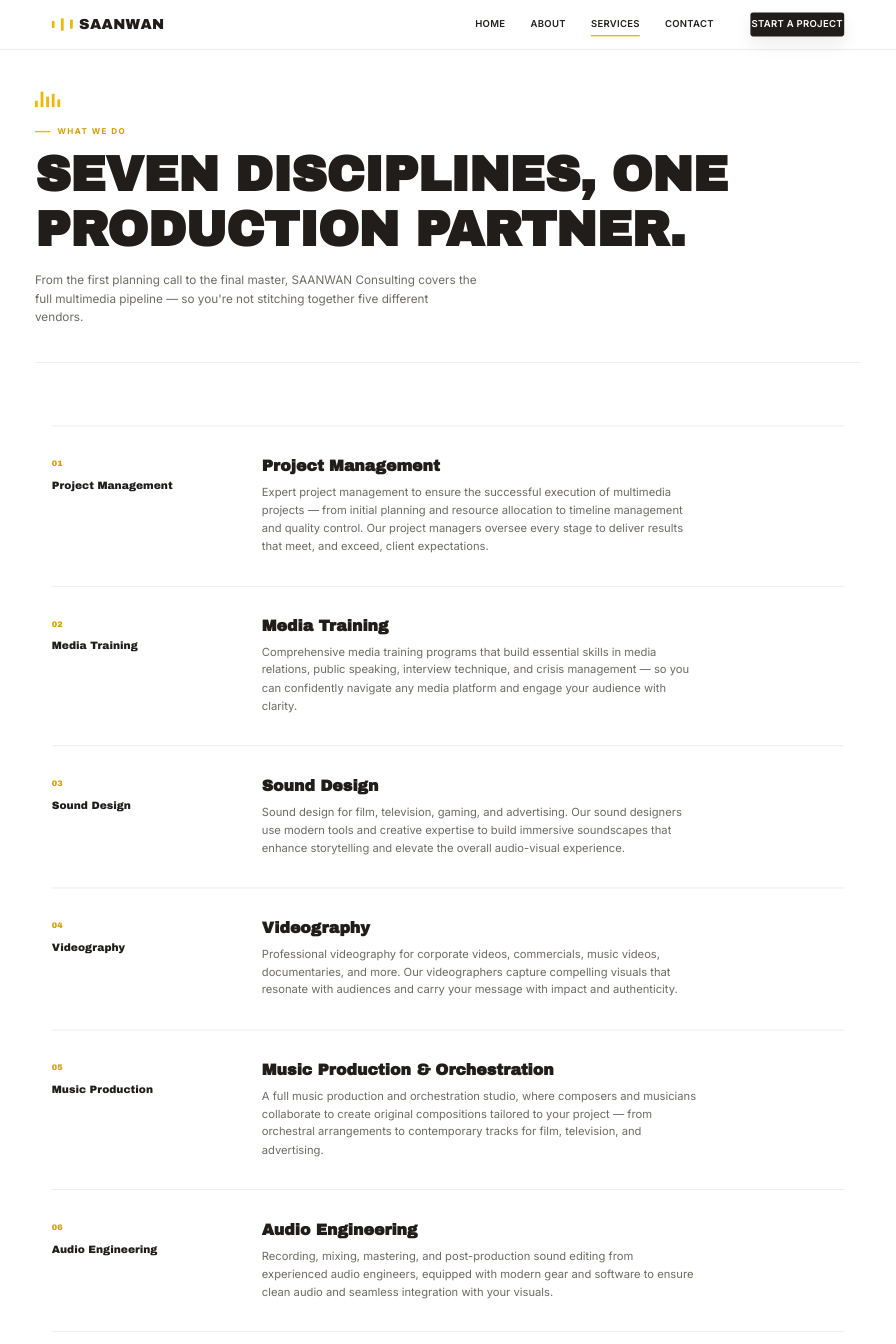
Repository: joshuaonazi/saanwan
Page: services.html
The author's editor kept a copy of each file at every save. The page is drawn from the files as they stood at one save, then again after the next save.
The browser window is 1280 px wide. The pictures show the part of the page from y = 0 to 1920 px (the page is 3312 px tall before and 3201 px after), at 70% of full size.

Above is the page before, as saved 2026-07-10 23:33:58.

After the next save:
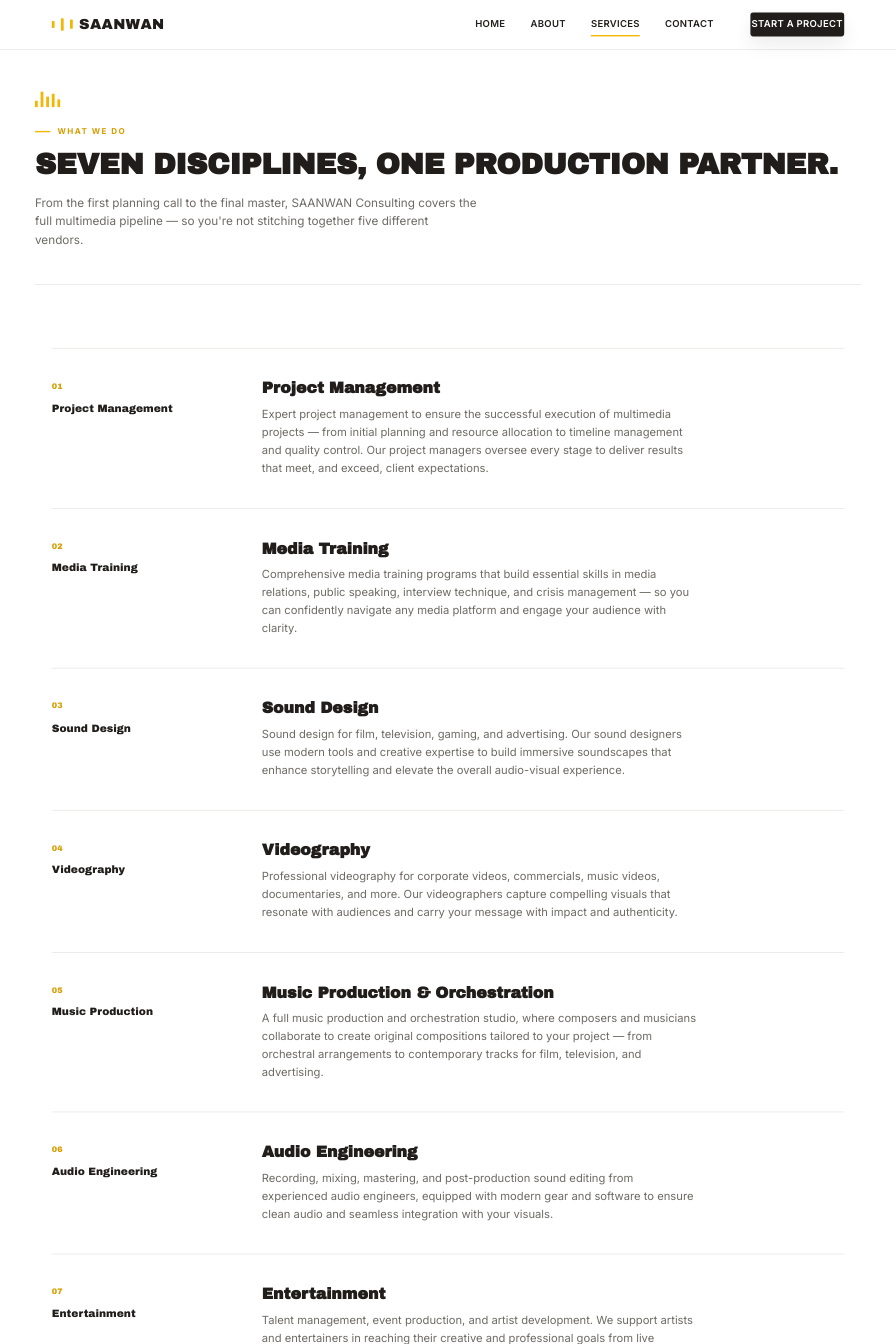
Saved 29 min 46 s later.
--- a/services.html
+++ b/services.html
@@ -36,7 +36,7 @@
   <section class="page-hero wrap">
     <div class="eq-divider"><span></span><span></span><span></span><span></span><span></span></div>
     <span class="eyebrow">What We Do</span>
-    <h1>Seven disciplines, one production partner.</h1>
+    <h2>Seven disciplines, one production partner.</h2>
     <p>From the first planning call to the final master, SAANWAN Consulting covers the full multimedia pipeline — so you're not stitching together five different vendors.</p>
   </section>
 
